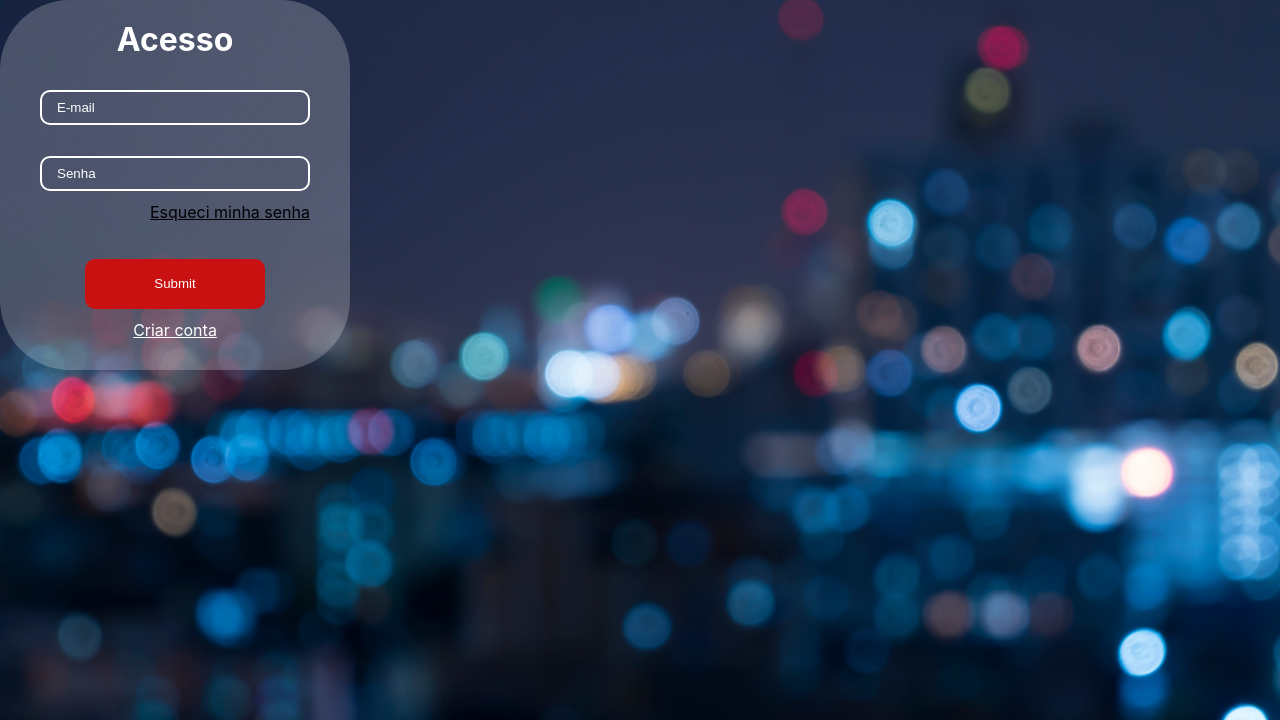
Repository: mateus-henrique-silva/Plataforma_videos_treinamento
Page: / (app in my-app/)
An editor plug-in stored every save of this project. The page is shown before and after the next save, followed by the edit.
The browser window is 1280 px wide. The pictures show the whole page.
The project was rebuilt for these pictures with package versions that can differ from the ones it lists, and the page was loaded fresh each time.

Above is the page before, as saved 2022-08-16 09:07:27.

After the next save:
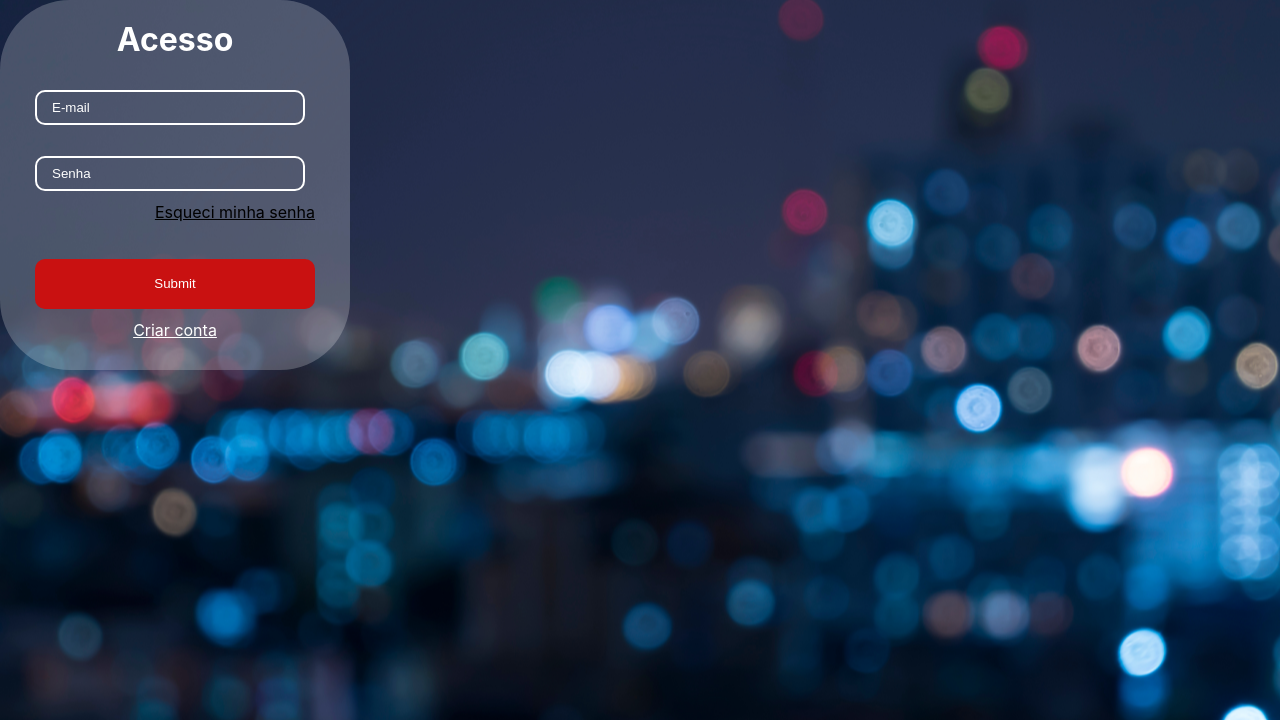
Saved 8 s later.
--- a/my-app/src/Components/formLogin/formLogin.css
+++ b/my-app/src/Components/formLogin/formLogin.css
@@ -50,7 +50,7 @@
     text-align: center;
   }
 .box-login .formLogin input[type="submit"] {
-    width: 180px;
+    width: 280px;
     height: 50px;
     margin-bottom: 0;
     bottom: 0;
